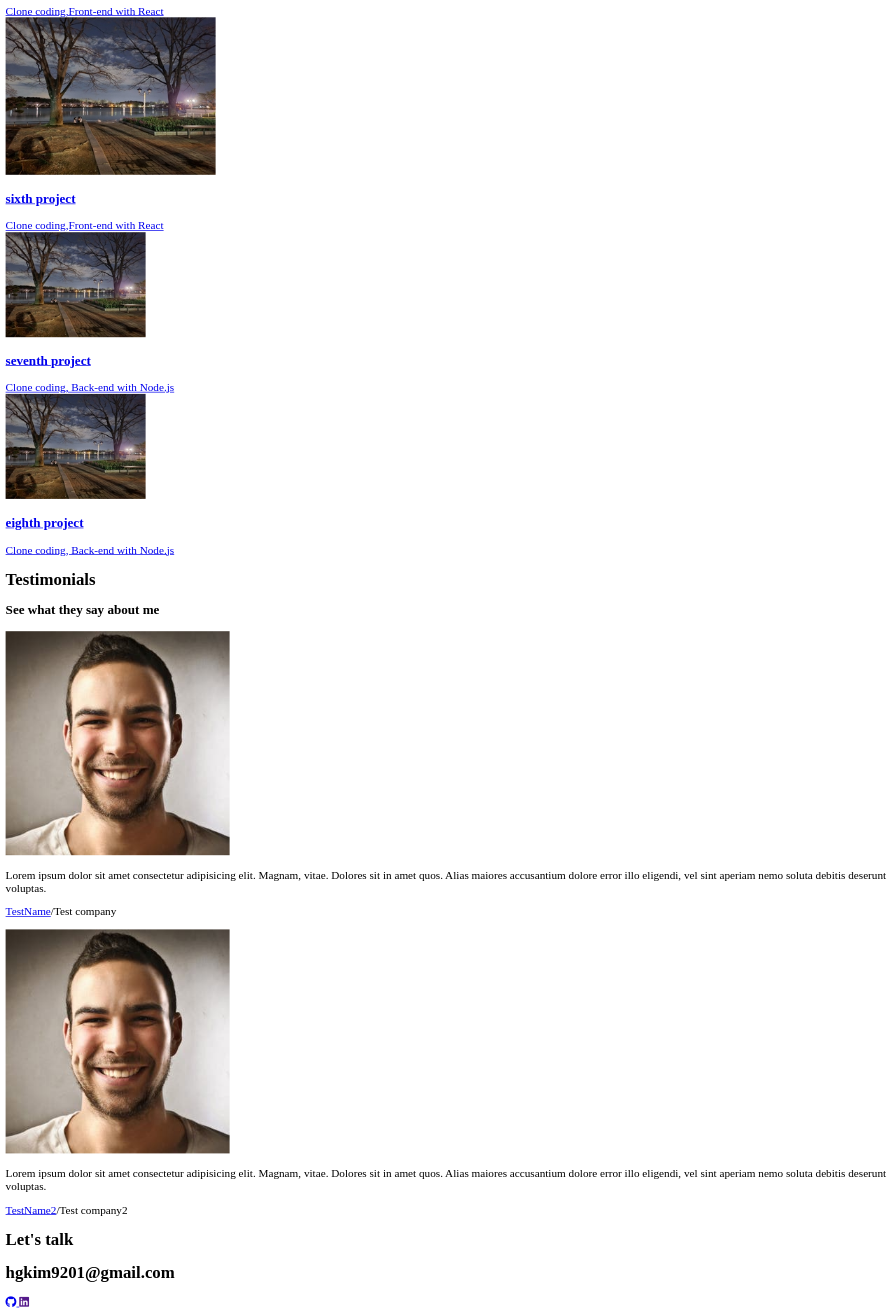
Repository: delphkim/portfolio
Page: index.html
The author's editor kept a copy of each file at every save. The page is drawn from the files as they stood at one save, then again after the next save.
The browser window is 1280 px wide. The pictures show the part of the page from y = 3414 to 5334 px (the page is 5292 px tall before and 5334 px after), at 70% of full size.
Some web libraries are served in a nearby version.

Above is the page before, as saved 2021-08-02 14:08:51.

After the next save:
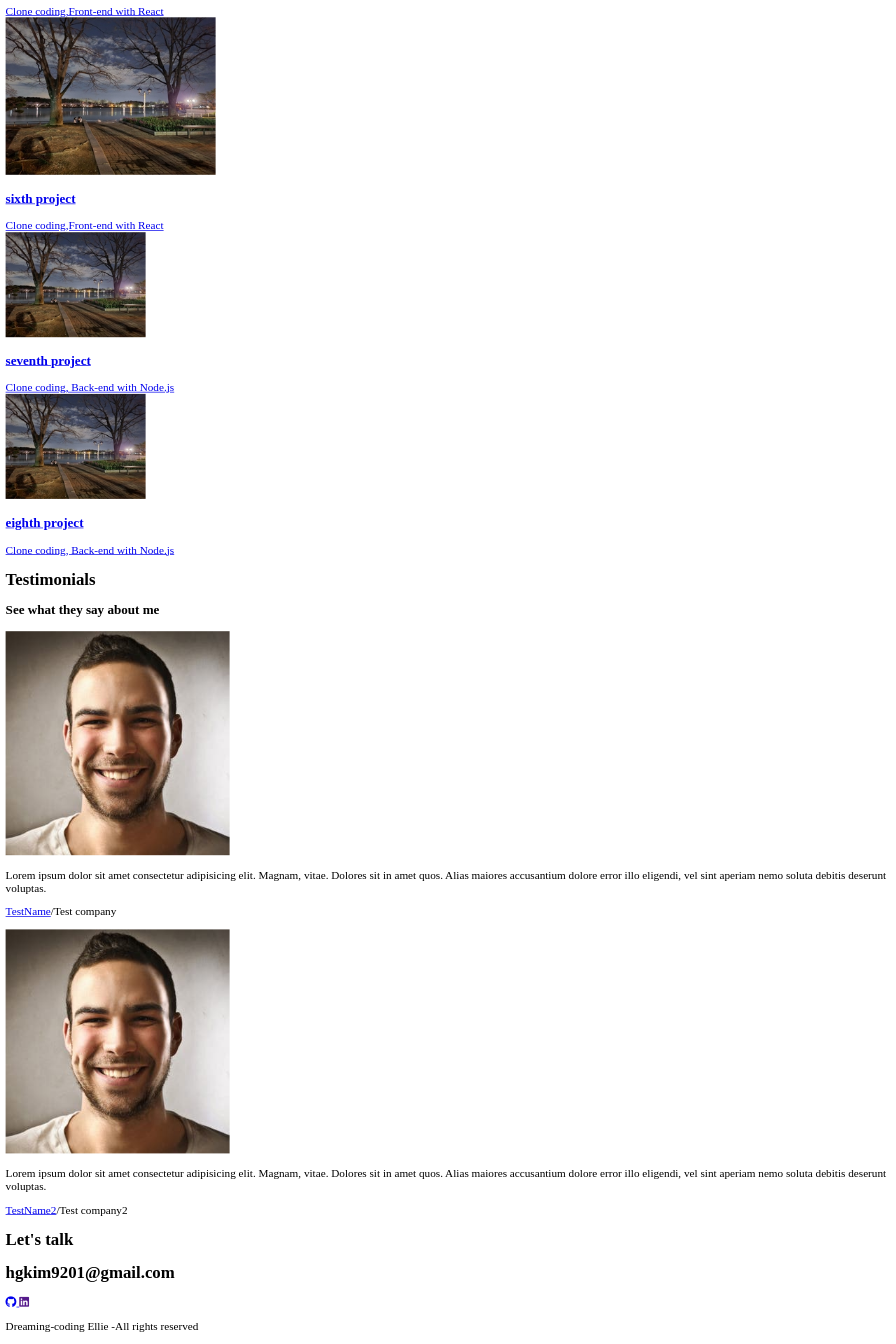
Saved 13 min 28 s later.
--- a/index.html
+++ b/index.html
@@ -278,6 +278,7 @@
       <i class="fa fa-linkedin-square"></i>
       </a>
       </div>
+      <p class="contact__rights">Dreaming-coding Ellie -All rights reserved</p>
     </section>
   </body>
 </html>
